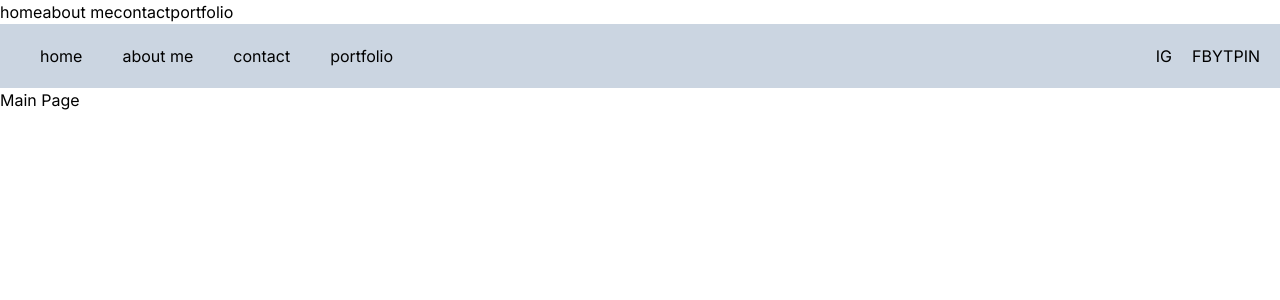
Repository: hubertrh/klaudia-personal-next
Page: /
These files come from the project's save history. The page is drawn as it stood at one moment and after the next save; the edit follows.
The browser window is 1280 px wide. The pictures show the whole page.
The project was rebuilt for these pictures with package versions that can differ from the ones it lists, and the page was loaded fresh each time. The framework's server and built-in components were replaced by stand-ins that run in the browser. Also part of the build but not shown: next.config.js.

Above is the page before, as saved 2023-08-11 11:13:13.

### app/layout.tsx
import './globals.css';
import type { Metadata } from 'next';
import { Inter } from 'next/font/google';
import Link from 'next/link';

const inter = Inter({ subsets: ['latin'] });

export const metadata: Metadata = {
  title: 'Klaudia Rogala-Haracz',
  description: 'Portrait and reportage photography. Based in London.',
};

export default function RootLayout({
  children,
}: {
  children: React.ReactNode;
}) {
  return (
    <html lang="en">
      <body className={inter.className}>
        <header>
          <nav>
            <Link href="#!">home</Link>
            <Link href="#!">about me</Link>
            <Link href="#!">contact</Link>
            <Link href="#!">portfolio</Link>
          </nav>
          <div></div>
        </header>
        {children}
      </body>
    </html>
  );
}

### app/(site)/layout.tsx
import '../globals.css';
import type { Metadata } from 'next';
import { Inter } from 'next/font/google';
import Link from 'next/link';

const inter = Inter({ subsets: ['latin'] });

export const metadata: Metadata = {
  title: 'Klaudia Rogala-Haracz',
  description: 'Portrait and reportage photography. Based in London.',
};

export default function RootLayout({
  children,
}: {
  children: React.ReactNode;
}) {
  return (
    <html lang="en">
      <body className={inter.className}>
        <header className="flex justify-between bg-slate-300 p-5">
          <nav>
            <Link className="nav-link" href="#!">
              home
            </Link>
            <Link className="nav-link" href="#!">
              about me
            </Link>
            <Link className="nav-link" href="#!">
              contact
            </Link>
            <Link className="nav-link" href="/portfolio">
              portfolio
            </Link>
          </nav>
          <div>
            <Link
              className="social-icon"
              href="https://www.instagram.com/_klaudiarogala/"
            >
              IG
            </Link>
            <Link href="https://www.facebook.com/klaudiarogalaphotographer/">
              FB
            </Link>
            <Link href="https://www.youtube.com/channel/UCyVfMWp16X_wYCG9213YOQw/">
              YT
            </Link>
            <Link href="https://www.pinterest.com/zuzannnnaa/">PIN</Link>
            {/* <a class="lang-btn" href="/pl/index.html"><img src="/icons/flag-pl.svg" /></a> */}
          </div>
        </header>
        {children}
      </body>
    </html>
  );
}

### app/(site)/page.tsx
export default function Home() {
  return <div>Main Page</div>;
}

### app/globals.css
@tailwind base;
@tailwind components;
@tailwind utilities;

:root {
  --foreground-rgb: 0, 0, 0;
  --background-rgb: 255, 255, 255;
}

body {
  color: rgb(var(--foreground-rgb));
  background: rgb(var(--background-end-rgb));
}

.nav-link {
  @apply px-5;
}

.social-icon {
  @apply px-5;
}

Loaded but not shown: tailwind.config.js (common file)

After the next save:
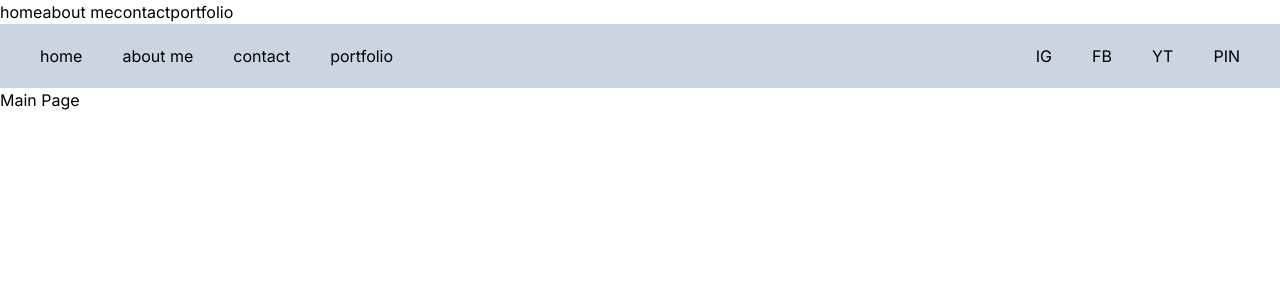
Saved 23 s later.
--- a/app/(site)/layout.tsx
+++ b/app/(site)/layout.tsx
@@ -40,13 +40,24 @@ export default function RootLayout({
             >
               IG
             </Link>
-            <Link href="https://www.facebook.com/klaudiarogalaphotographer/">
+            <Link
+              className="social-icon"
+              href="https://www.facebook.com/klaudiarogalaphotographer/"
+            >
               FB
             </Link>
-            <Link href="https://www.youtube.com/channel/UCyVfMWp16X_wYCG9213YOQw/">
+            <Link
+              className="social-icon"
+              href="https://www.youtube.com/channel/UCyVfMWp16X_wYCG9213YOQw/"
+            >
               YT
             </Link>
-            <Link href="https://www.pinterest.com/zuzannnnaa/">PIN</Link>
+            <Link
+              className="social-icon"
+              href="https://www.pinterest.com/zuzannnnaa/"
+            >
+              PIN
+            </Link>
             {/* <a class="lang-btn" href="/pl/index.html"><img src="/icons/flag-pl.svg" /></a> */}
           </div>
         </header>
